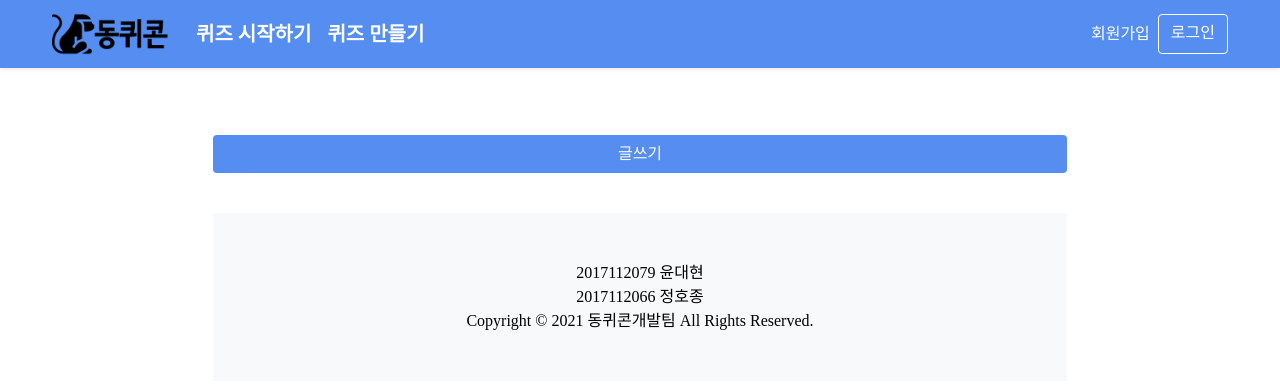
Repository: eogus0512/Quiz_WebProject
Page: http://localhost/Quiz_WebProject/board.jsp
The author's editor kept a copy of each file at every save. The page is drawn from the files as they stood at one save, then again after the next save.
The browser window is 1280 px wide. The pictures show the whole page.
Some web fonts or font styles are not loaded; a fallback is used. The page is served by Tomcat 9. Queries for data that is not in the repository find no rows.

Above is the page before, as saved 2021-12-11 10:33:14.

After the next save:
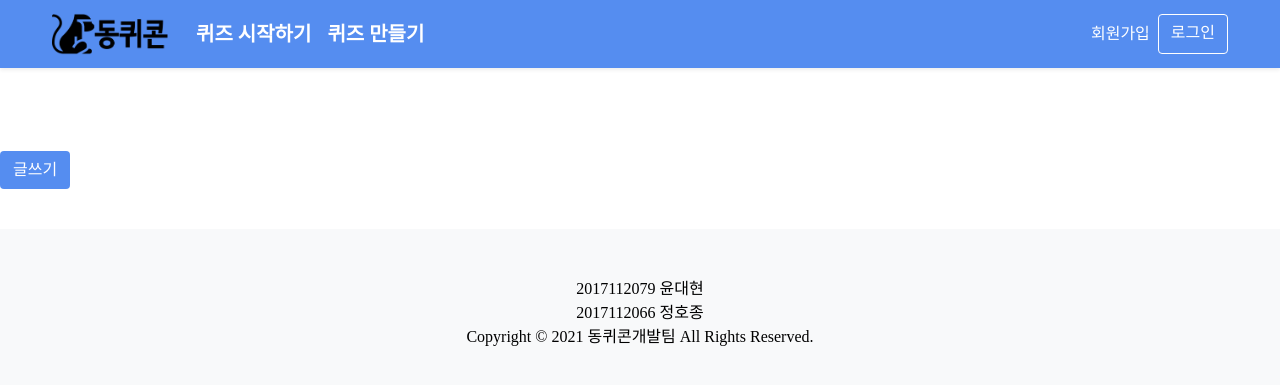
Saved 9 s later.
--- a/Quiz_WebProject/WebContent/board.jsp
+++ b/Quiz_WebProject/WebContent/board.jsp
@@ -103,12 +103,11 @@
 				</div>
 			</div>
 		</div>
-
+		<%
+			}
+		%>
 	</div>
 </div>
-	<%
-			}
-		%>
 	<button type="button"  data-bs-toggle="modal" data-bs-target="#wrtPost" class="btn mb-3" style="background-color:#558DF0; color:white;">글쓰기</button>
 	<div class="modal fade" id="wrtPost" tabindex="-1" aria-labelledby="exampleModalLabel" aria-hidden="true">
     <div class="modal-dialog modal-dialog-centered">
